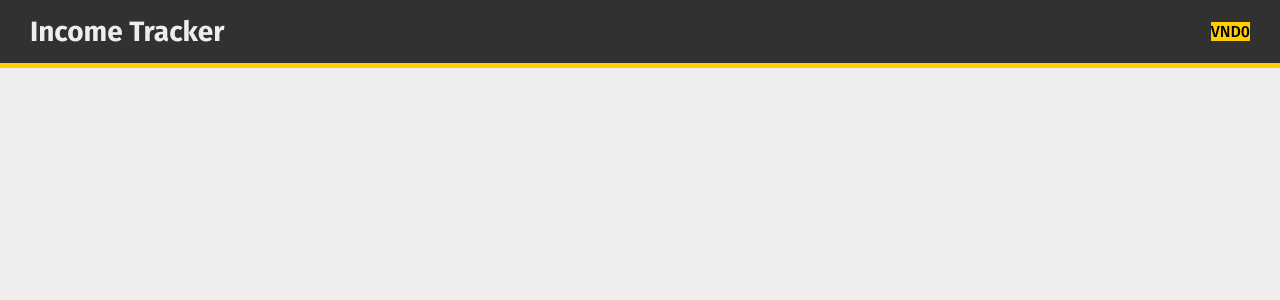
Repository: kate30980/incometracker
Page: /
An editor plug-in stored every save of this project. The page is shown before and after the next save, followed by the edit.
The browser window is 1280 px wide. The pictures show the whole page.
The project was rebuilt for these pictures with package versions that can differ from the ones it lists, and the page was loaded fresh each time.

Above is the page before, as saved 2021-08-23 16:37:59.

### public/index.html
<!DOCTYPE html>
<html lang="">

<head>
  <meta charset="utf-8">
  <meta http-equiv="X-UA-Compatible" content="IE=edge">
  <meta name="viewport" content="width=device-width,initial-scale=1.0">
  <link rel="icon" href="<%= BASE_URL %>favicon.ico">
  <title>
    <%= htmlWebpackPlugin.options.title %>
  </title>
  <link rel="preconnect" href="https://fonts.googleapis.com">
  <link rel="preconnect" href="https://fonts.gstatic.com" crossorigin>
  <link href="https://fonts.googleapis.com/css2?family=Fira+Sans:wght@300;500;700&display=swap" rel="stylesheet">
</head>

<body>
  <noscript>
    <strong>We're sorry but <%= htmlWebpackPlugin.options.title %> doesn't work properly without JavaScript enabled.
        Please enable it to continue.</strong>
  </noscript>
  <div id="app"></div>
  <!-- built files will be auto injected -->
</body>

</html>

### src/App.vue
<template>
  <Header />
</template>

<script>
import Header from './components/Header.vue'

export default {
  name: 'App',
  components: {
    Header
  }
}
</script>

<style>
*{
  margin: 0;
  padding: 0;
  box-sizing: border-box;
  font-family: 'Fira Sans', sans-serif;
}
body{
  background-color: #EEE
}
</style>

### src/components/Header.vue
<template>
  <header>
      <h1>Income Tracker</h1>
      <div class="total-income">VND0</div>
  </header>
</template>

<script>
export default {
  name: 'Header',
}
</script>

<style scoped>
header{
    display: flex;
    justify-content:space-between;
    align-items:center;
    padding: 15px 30px;
    background-color: #313131;
    border-bottom: 5px solid #FFCE00;
}
header h1{
    color: #EEE;
    font-size: 28px;
}
header .total-income{
    font-family: 'Fira Code', 'Fira Sans', sans-serif;
    background-color: #FFCE00;
}
</style>

Loaded but not shown: src/main.js (common file)

After the next save:
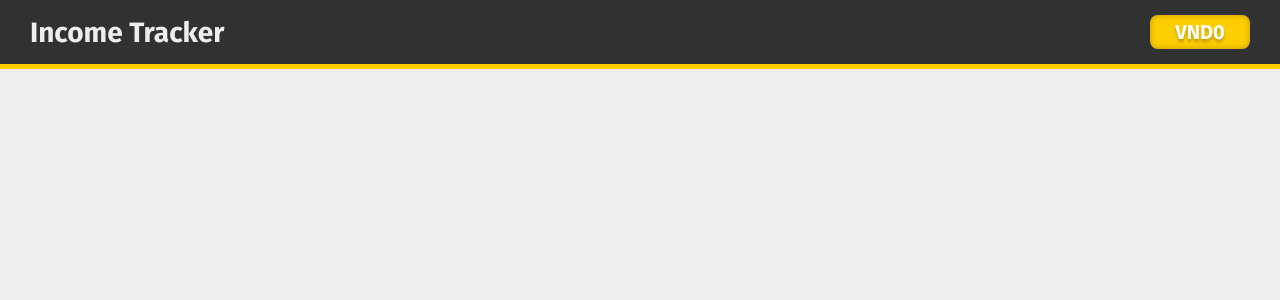
Saved 86 s later.
--- a/src/components/Header.vue
+++ b/src/components/Header.vue
@@ -27,5 +27,14 @@ header h1{
 header .total-income{
     font-family: 'Fira Code', 'Fira Sans', sans-serif;
     background-color: #FFCE00;
+    color: #FFF;
+    font-size: 20px;
+    font-weight: 900;
+    padding: 5px 10px;
+    min-width: 100px;
+    text-align: center;
+    border-radius: 8px;
+    box-shadow: inset 0px 0px 6px rgba(0,0,0,0.25);
+    text-shadow: 0px 3px 3px rgba(0,0,0,0.25);
 }
 </style>
